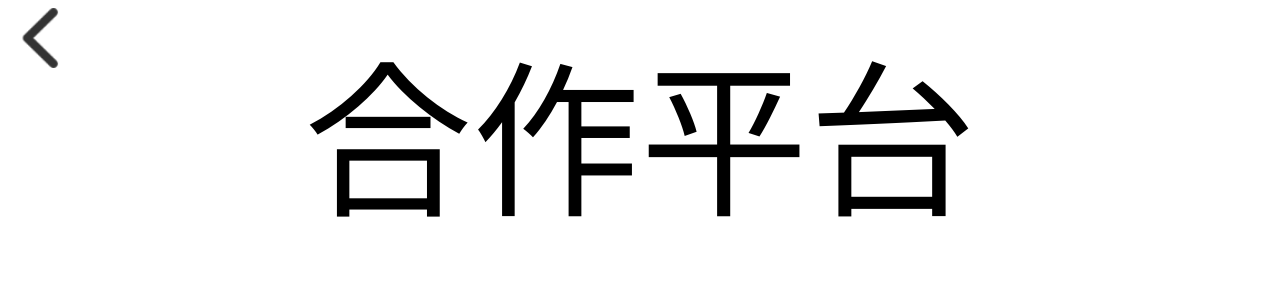
Repository: GgoodBoy/js-object
Page: jquery懒加载/platObj/platForm.html
An editor plug-in stored every save of this project. The page is shown before and after the next save, followed by the edit.
The browser window is 1280 px wide. The pictures show the whole page.
Some web libraries are served in a nearby version.

Above is the page before, as saved 2019-10-15 13:47:40.

After the next save:
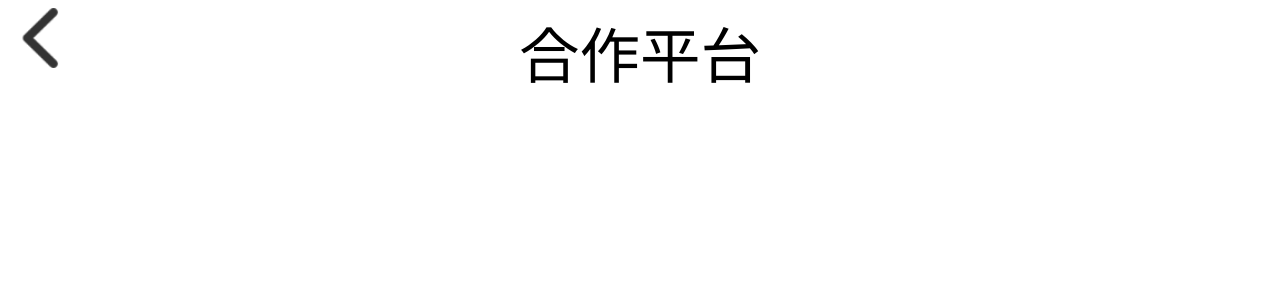
Saved 40 s later.
--- a/jquery懒加载/platObj/platForm.html
+++ b/jquery懒加载/platObj/platForm.html
@@ -52,6 +52,7 @@
     text-align: center;
     width: 100%;
     height: 1.28rem;
+    font-size: 0.36rem;
 }
 #platFormId .titleNav .imgInf{
     position: absolute;
